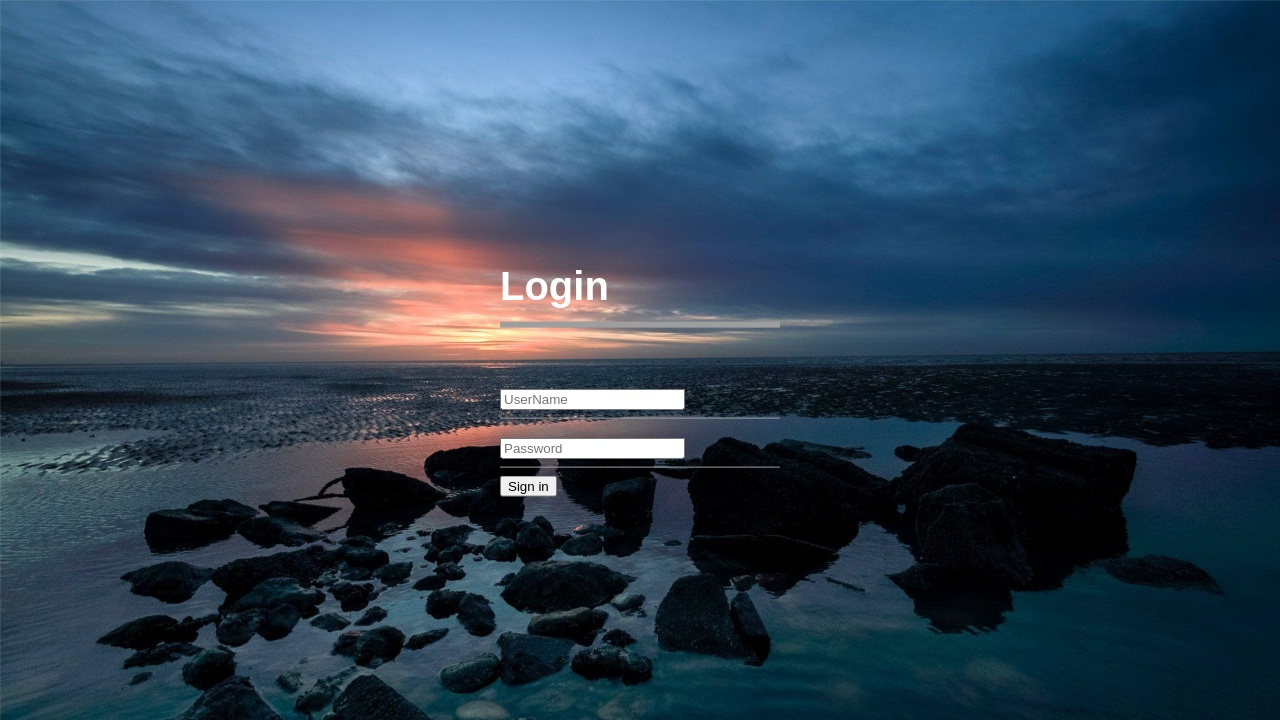
Repository: Berilinanir/Login-Logout-System
Page: Loginn/WebContent/login.html
The author's editor kept a copy of each file at every save. The page is drawn from the files as they stood at one save, then again after the next save.
The browser window is 1280 px wide. The pictures show the whole page.

Above is the page before, as saved 2018-10-13 13:02:20.

After the next save:
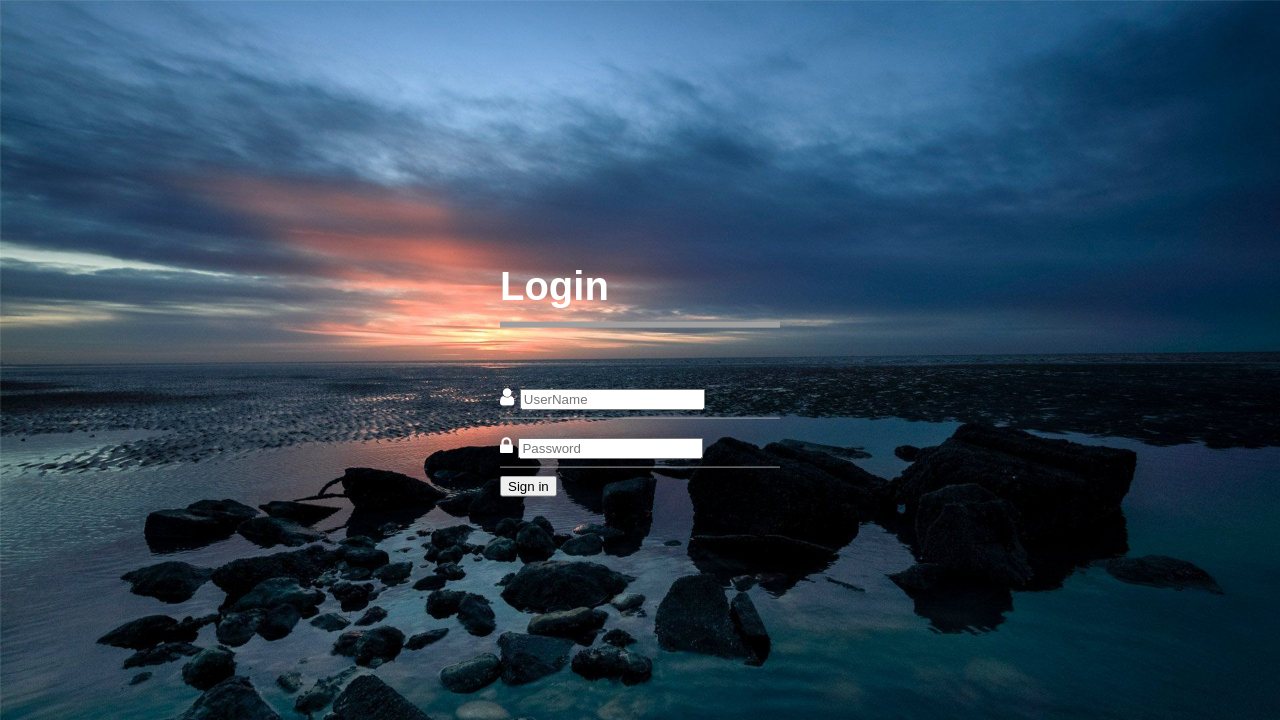
Saved 3 min 36 s later.
--- a/Loginn/WebContent/login.html
+++ b/Loginn/WebContent/login.html
@@ -17,13 +17,17 @@
 
  <h1>Login</h1>
 
- <div class="textbox">
+<div class="textbox">
+
+      <i class="fa fa-user" aria-hidden="true" ></i>
 
   <input type="text" placeholder="UserName"  name="" value="">
 
  </div>
 
  <div class="textbox">
+
+     <i class="fa fa-lock" aria-hidden="true"></i>
 
   <input type="password" placeholder="Password"  name="" value="">
 
--- a/Loginn/WebContent/style2.css
+++ b/Loginn/WebContent/style2.css
@@ -1,4 +1,6 @@
 @charset "UTF-8";
+
+@import "https://stackpath.bootstrapcdn.com/font-awesome/4.7.0/css/font-awesome.min.css";
 
 body{
 
